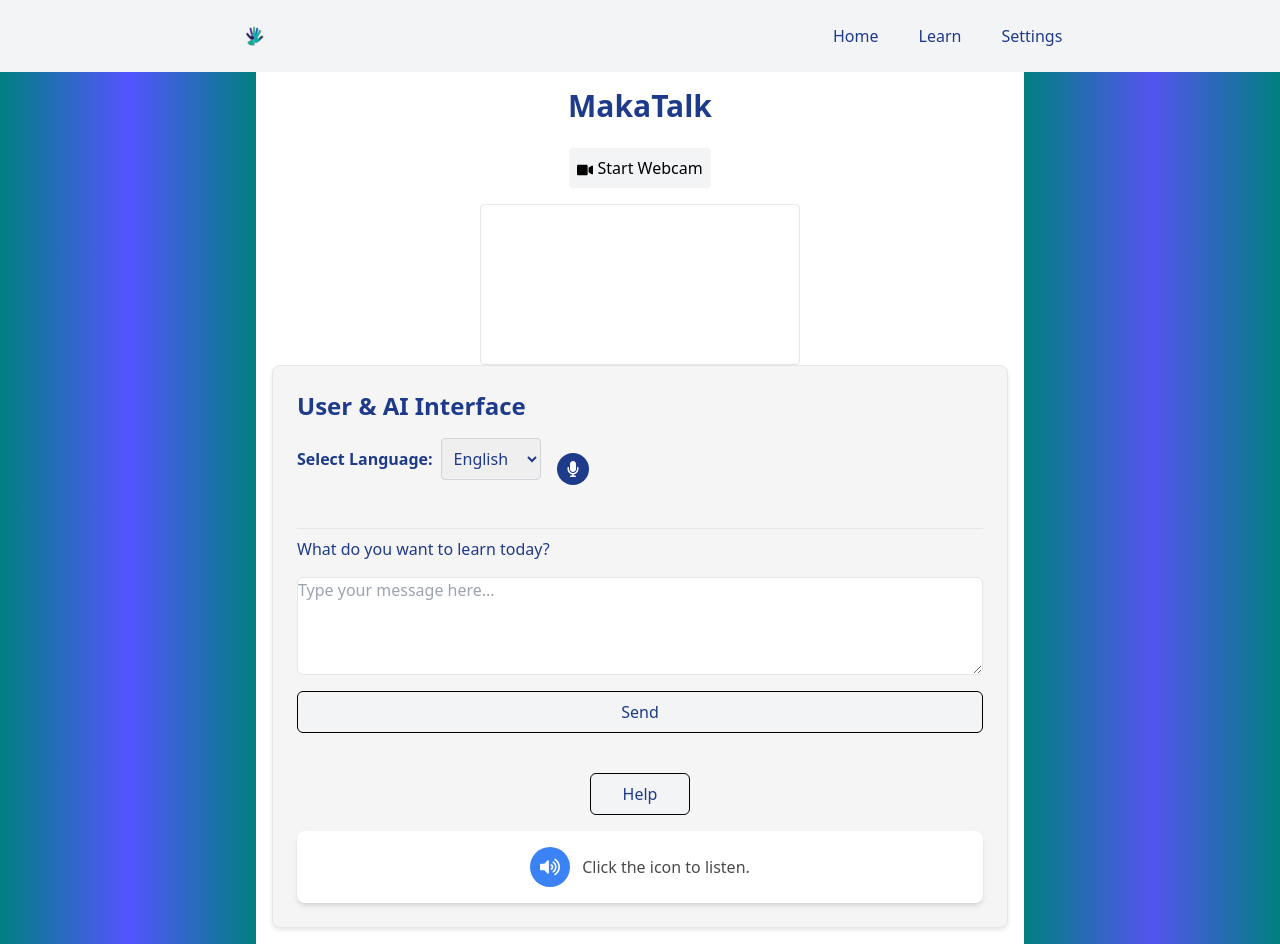
Repository: maria2469/MakaTalk
Page: /learn
An editor plug-in stored every save of this project. The page is shown before and after a run of saves, followed by the edit.
The browser window is 1280 px wide. The pictures show the whole page.
The page's requests for data from a server got no answer. The project was rebuilt for these pictures with package versions that can differ from the ones it lists, and the page was loaded fresh each time. No one was signed in, and anything a server would have sent is missing. Also part of the build but not shown: vite.config.js, src/components/LandingPage/Landing.jsx.

Above is the page before, as saved 2024-10-10 14:47:35.

After the next 2 saves:
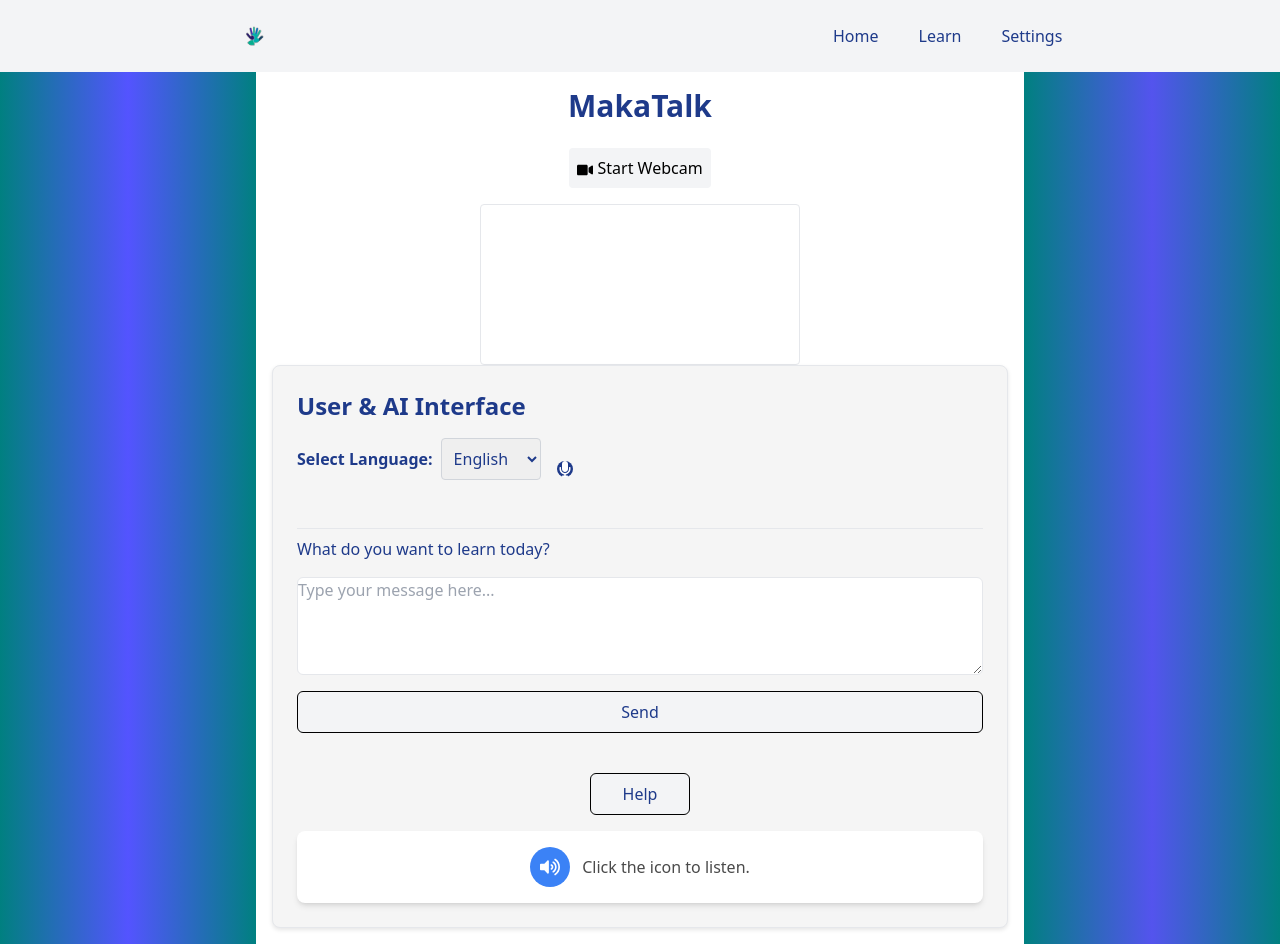
The 2 saves are shown as one change because they came seconds apart.
The last was saved 14 s later.
--- a/src/components/VoiceToVoice/VoiceToVoiceButton.jsx
+++ b/src/components/VoiceToVoice/VoiceToVoiceButton.jsx
@@ -79,7 +79,7 @@ const VoiceToVoiceButton = ({ selectedLanguage }) => {
             <div className="flex mt-1 p-0"> {/* Reduced margin from mt-4 to mt-2 */}
                 <button
                     onClick={handleSpeechRecognition}
-                    className={`p-2 rounded-full ${isListening ? 'bg-red-500' : 'bg-blue-900'} text-white`}
+                    className={`p-0 rounded-full ${isListening ? 'bg-red-500' : 'bg-blue-900'} text-white`}
                     disabled={isProcessing}
                 >
                     <FaMicrophone />
